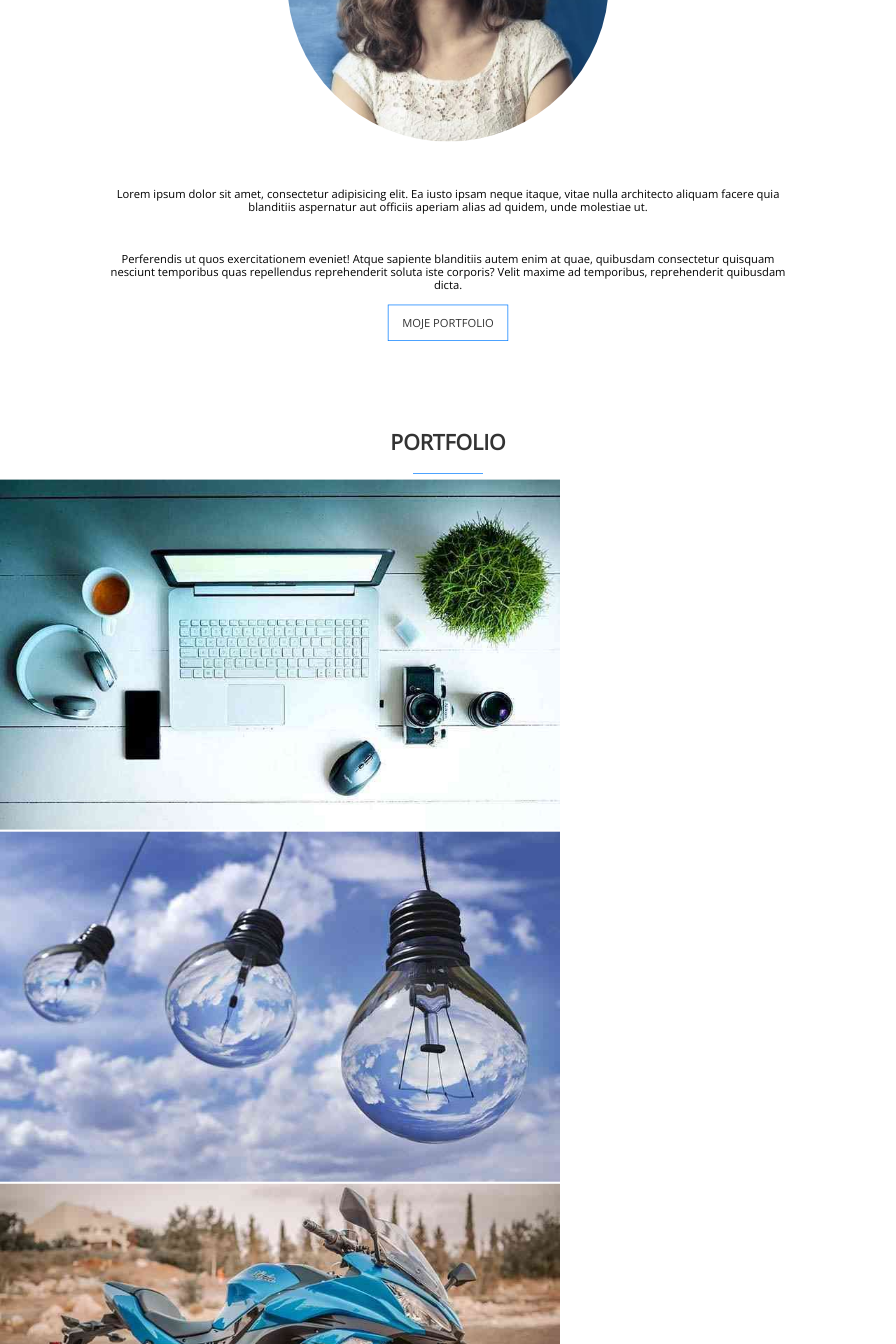
Repository: magdaf41/CSS
Page: zadanie_9/index.html
These files come from the project's save history. The page is drawn as it stood at one moment and after the next save; the edit follows.
The browser window is 1280 px wide. The pictures show the part of the page from y = 1073 to 2993 px (the page is 8011 px tall before and 7912 px after), at 70% of full size.

Above is the page before, as saved 2020-08-26 20:19:03.

After the next save:
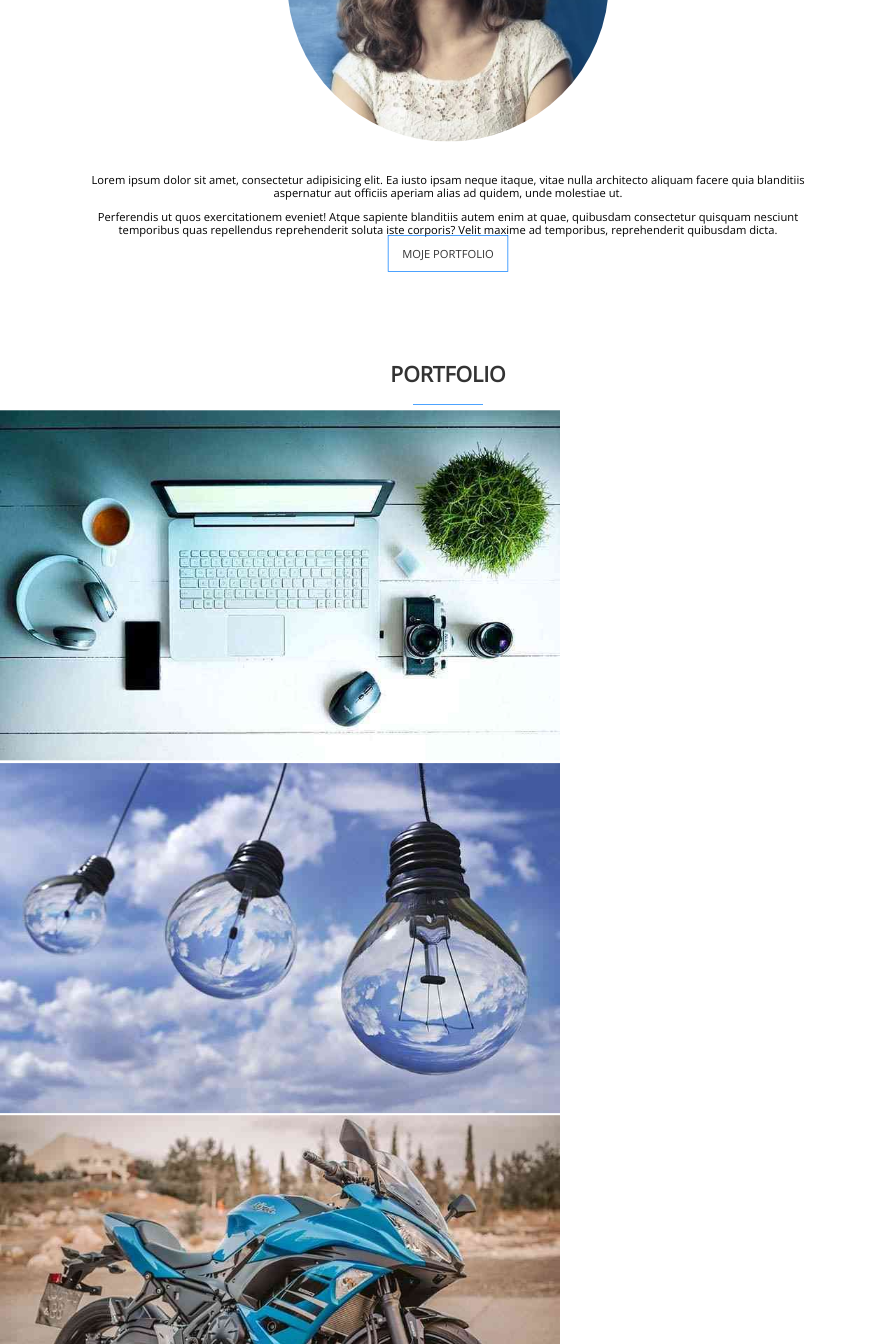
Saved 51 s later.
--- a/zadanie_9/css/style.css
+++ b/zadanie_9/css/style.css
@@ -115,9 +115,5 @@ hr {
     width: 50%;
     border-radius: 50%;
     padding: 30px;
+    align-content: space-around;
 }
-
-#about p {
-
-    padding: 20px 20px;
-}
